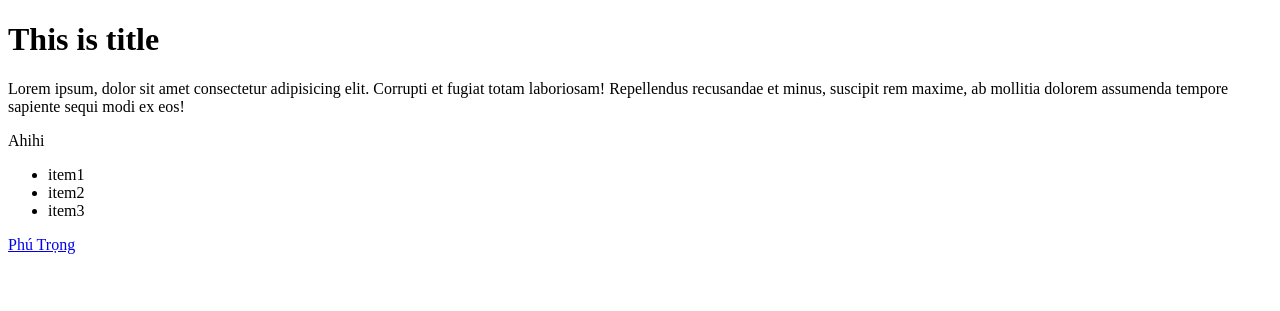
Repository: zRush1202/LoginPage-demo
Page: index.html
These files come from the project's save history. The page is drawn as it stood at one moment and after the next save; the edit follows.
The browser window is 1280 px wide. The pictures show the whole page.

Above is the page before, as saved 2023-08-09 21:25:03.
Console error: TypeError: Cannot read properties of null (reading 'removeAttribute')

### index.html

<!DOCTYPE html>
<html lang="en">
<head>
    <meta charset="UTF-8">
    <meta name="viewport" content="width=device-width, initial-scale=1.0">
    <title>Document</title>
</head>
<body>
    <h1>
        This is title
    </h1>
    <div>Lorem ipsum, dolor sit amet consectetur adipisicing elit. Corrupti et fugiat totam laboriosam! Repellendus recusandae et minus, suscipit rem maxime, ab mollitia dolorem assumenda tempore sapiente sequi modi ex eos!</div>
    <p id = "#spinner"> Ahihi</p>
    <ul>
        <li class="item item1"> item1</li>
        <li class="item item2"> item2 </li>
        <li class="item item3"> item3 </li>
    </ul>
    <a href="https://evondev.com" target="_blank" class="link">Phú Trọng</a>
    <script src="dom/properties_method.js"></script>
</body>
</html>

### dom/properties_method.js
//1. selector.getAttribute("attribute")
const link = document.querySelector(".link");
console.log(link.getAttribute("href"));

const li = document.querySelectorAll(".item");
li.forEach((item) => {
    console.log(item.getAttribute("class"));
});
console.log(li);

//2. seletor.setAttribute("attribute", value)
link.setAttribute("target", "_blank");
const listLinks = document.querySelectorAll("a.link");
listLinks.forEach(item => item.setAttribute("target", "_blank"));

//3.
const p = document.getElementById("spinner");
p.removeAttribute("style");

After the next save:
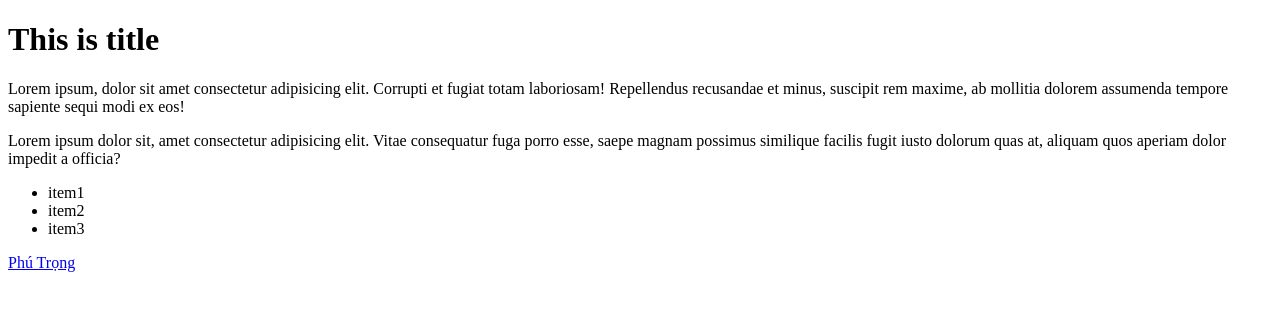
Saved 53 s later.
--- a/index.html
+++ b/index.html
@@ -11,7 +11,7 @@
         This is title
     </h1>
     <div>Lorem ipsum, dolor sit amet consectetur adipisicing elit. Corrupti et fugiat totam laboriosam! Repellendus recusandae et minus, suscipit rem maxime, ab mollitia dolorem assumenda tempore sapiente sequi modi ex eos!</div>
-    <p id = "#spinner"> Ahihi</p>
+    <p id = "#spinner" style="red"> Lorem ipsum dolor sit, amet consectetur adipisicing elit. Vitae consequatur fuga porro esse, saepe magnam possimus similique facilis fugit iusto dolorum quas at, aliquam quos aperiam dolor impedit a officia?</p>
     <ul>
         <li class="item item1"> item1</li>
         <li class="item item2"> item2 </li>
